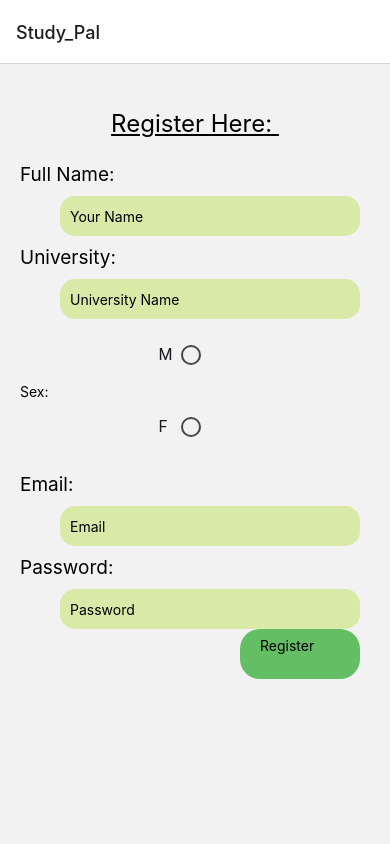
Repository: abdurehmanali611/Study-Pal
Screen: /
An editor plug-in stored every save of this project. The screen is shown before and after a run of saves, followed by the edit.
The app was drawn by React Native's web renderer in a window 390 px wide. The project was rebuilt for these pictures with package versions that can differ from the ones it lists, and the page was loaded fresh each time. Also part of the build but not shown: Front_Pages/Home.js, Screens/Softwareeng.js, Screens/Computersci.js, Screens/Informationsci.js, Screens/Informationtech.js, Screens/Softwarecards.js, Screens/Computercards.js, Screens/Sciencecards.js and 4 more.

Above is the screen before, as saved 2024-01-23 22:19:34.

After the next 2 saves:
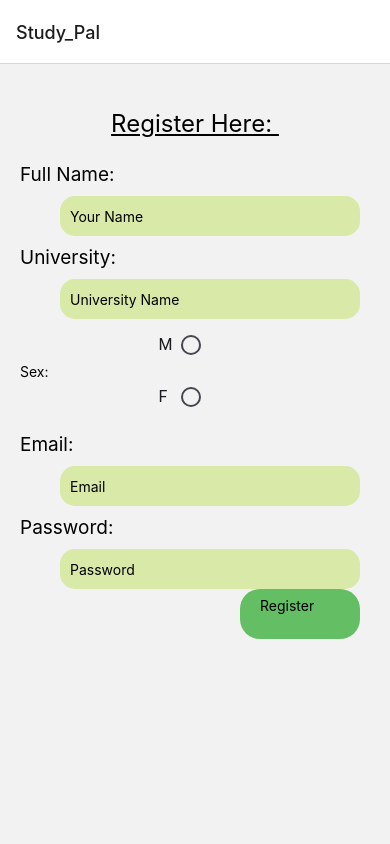
The 2 saves are shown as one change because they came seconds apart.
The last was saved 71 s later.
--- a/Front_Pages/Sign_Up.js
+++ b/Front_Pages/Sign_Up.js
@@ -148,8 +148,7 @@ const styles = StyleSheet.create ({
         paddingLeft: 10
     },
     radiogroup : {
-      marginHorizontal: 90,
-      marginVertical: 10
+      marginHorizontal: 90
     },
     press : {
       marginHorizontal: 220,
